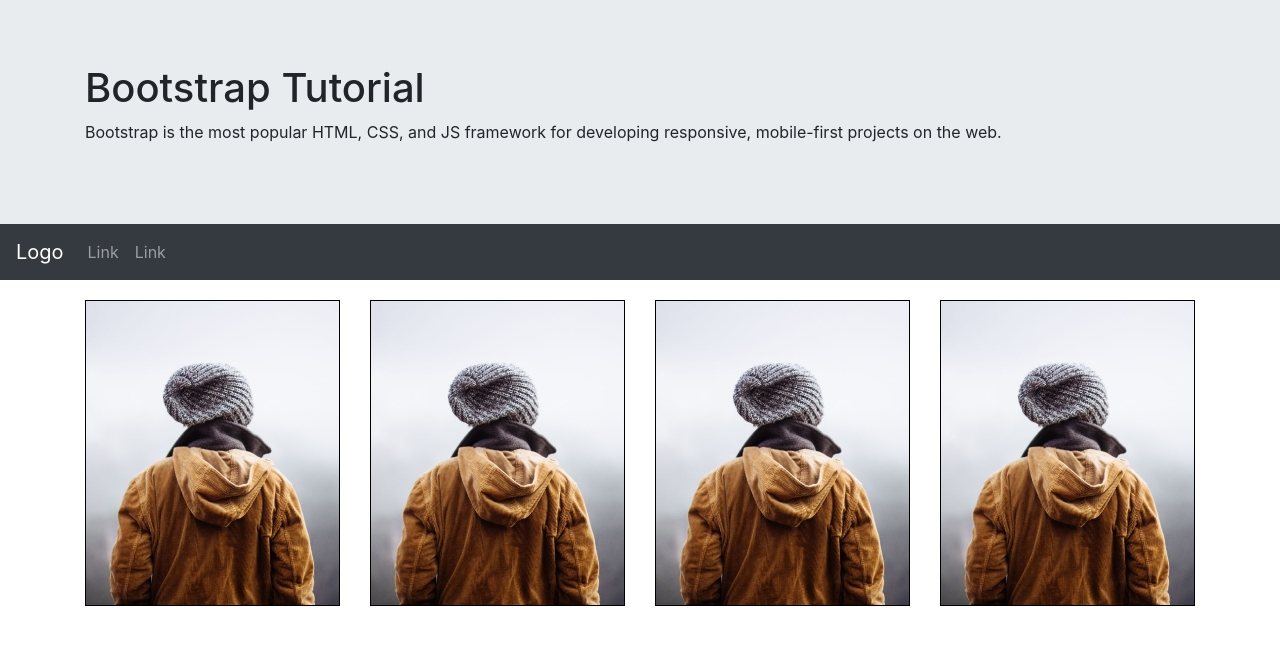
Repository: jwsimhj97/jwork_n
Page: JSPProject/WebContent/03-08/bootexam.html
The author's editor kept a copy of each file at every save. The page is drawn from the files as they stood at one save, then again after the next save.
The browser window is 1280 px wide. The pictures show the whole page.

Above is the page before, as saved 2022-03-08 07:06:55.

After the next save:
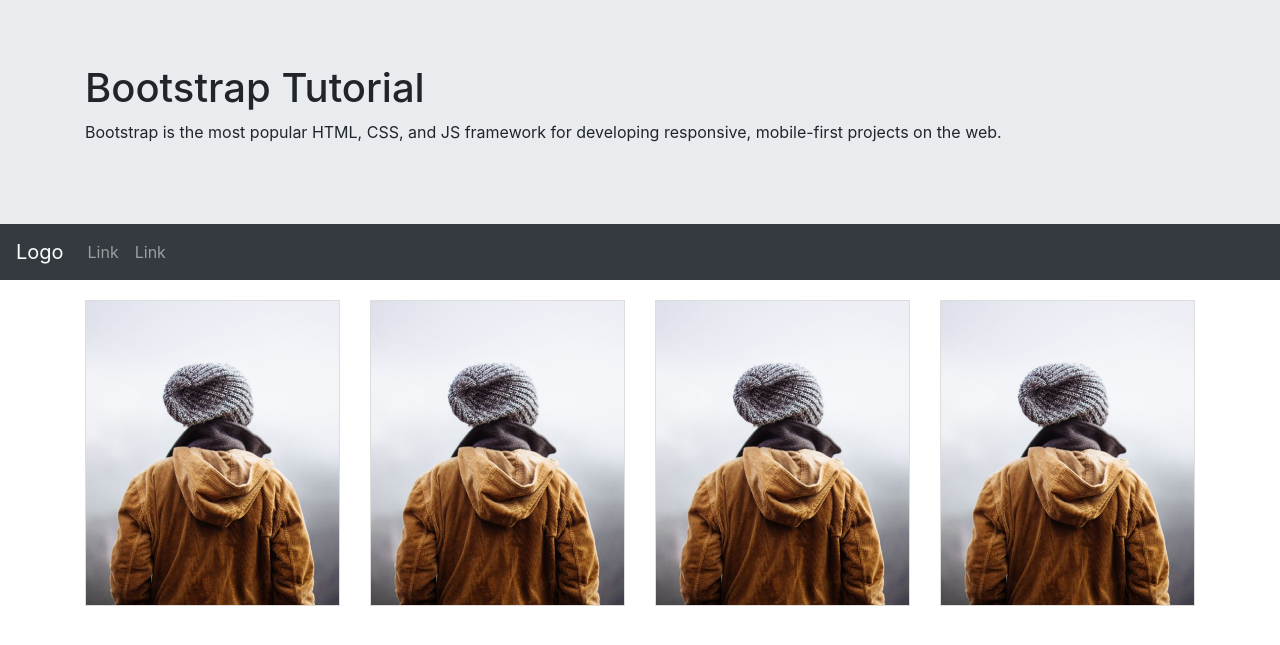
Saved 19 s later.
--- a/JSPProject/WebContent/03-08/bootexam.html
+++ b/JSPProject/WebContent/03-08/bootexam.html
@@ -12,7 +12,7 @@
   <script src="https://cdn.jsdelivr.net/npm/bootstrap@4.6.1/dist/js/bootstrap.bundle.min.js"></script>
   <style>
   .jumbotron {margin-bottom : 0px !important;}
-  img {width:100%;margin-top:20px;border:1px solid #000;}
+  img {width:100%;margin-top:20px;border:1px solid #ddd;}
   .smNav {-webkit-justify-content: space-between !important;justify-content: space-between !important;}
   .subNav { -webkit-justify-content: flex-end; justify-content: flex-end; }
   #subNav {position:sticky; top:56px; z-index:99999;}
